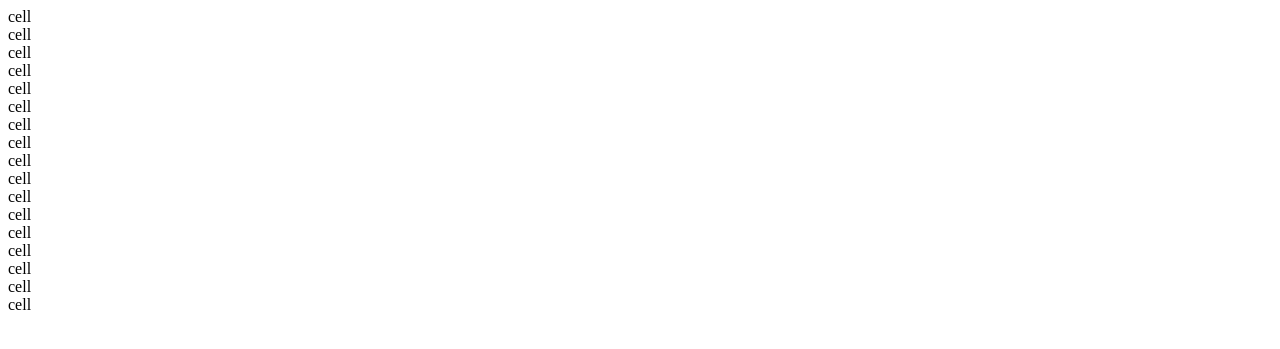
Repository: weazzyefff/Project-Etch-A-Sketch
Page: index.html
These files come from the project's save history. The page is drawn as it stood at one moment and after the next save; the edit follows.
The browser window is 1280 px wide. The pictures show the whole page.

Above is the page before, as saved 2022-11-29 19:54:37.

After the next save:
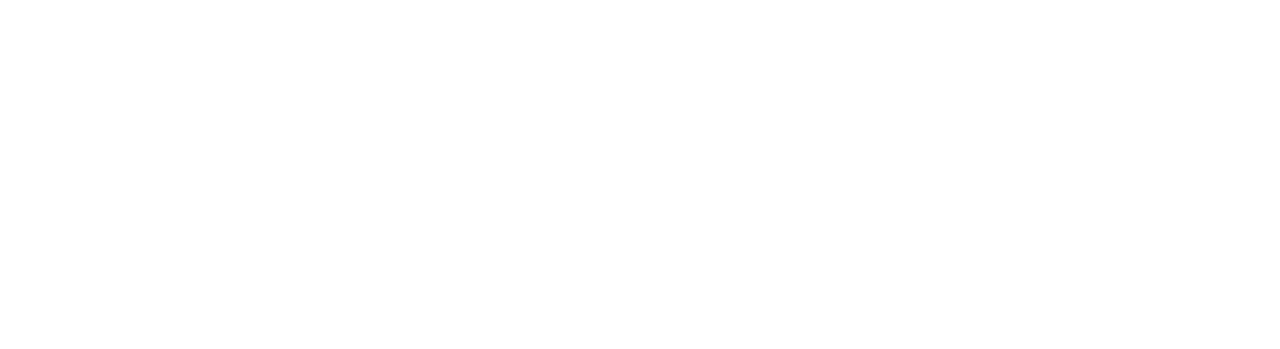
Console error: ReferenceError: Cannot access 'grid' before initialization
Saved 99 s later.
--- a/script.js
+++ b/script.js
@@ -10,9 +10,10 @@
 
 //Create Grid
 function getGrid(gridNum) {
- for (g = 0; g <= gridNum; g++) {
-    const grid = document.createElement('div');
-    grid.textContent = 'cell'
+ for (g = 1; g <= gridNum; g++) {
+    const cell = document.createElement('div');
+    cell.classList.add('cell')
+    cell.textContent = 'cell text'
     container.appendChild(grid);
  }
 }

After the save that followed:
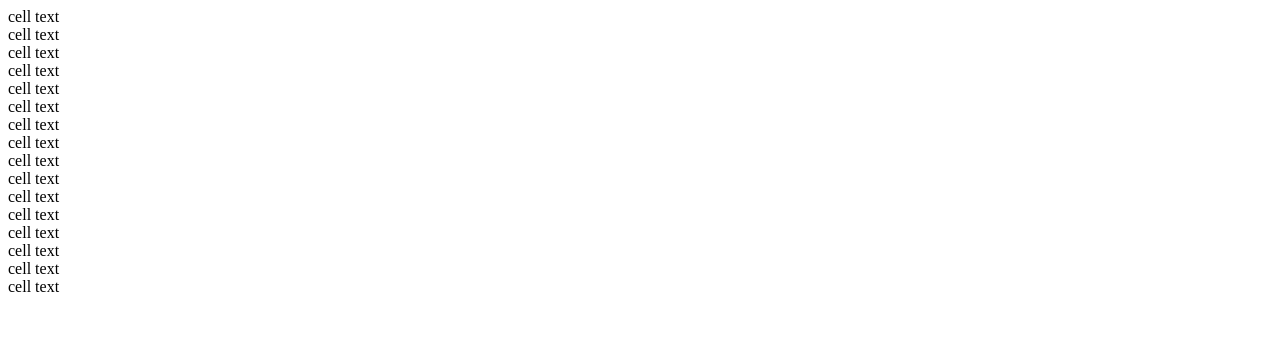
The error is gone.
Saved 2 min 17 s later.
--- a/script.js
+++ b/script.js
@@ -11,9 +11,9 @@
 //Create Grid
 function getGrid(gridNum) {
  for (g = 1; g <= gridNum; g++) {
-    const cell = document.createElement('div');
-    cell.classList.add('cell')
+    let cell = document.createElement('div');
+    cell.className = 'cell';
     cell.textContent = 'cell text'
-    container.appendChild(grid);
+    container.appendChild(cell);
  }
 }
